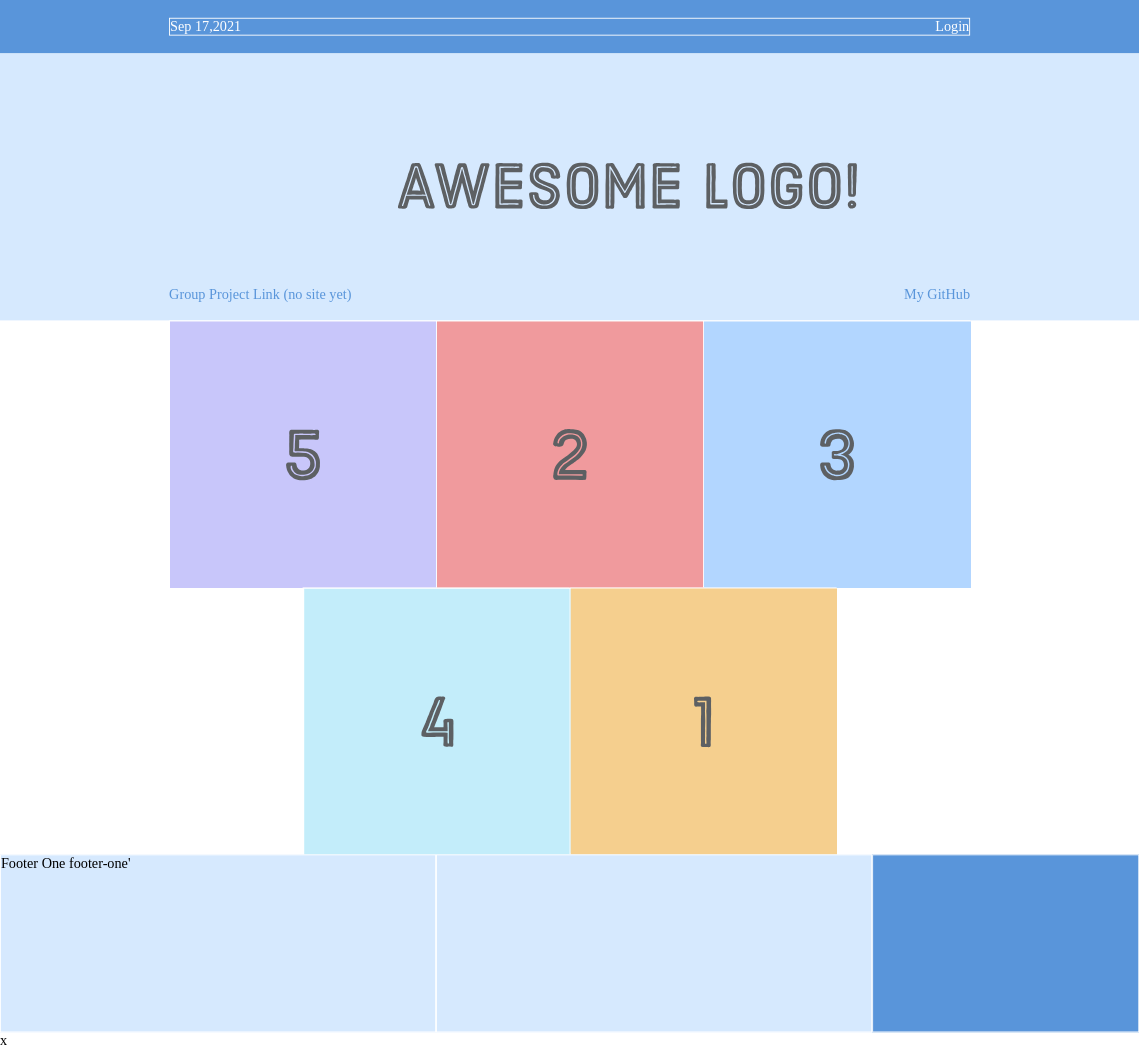
Repository: arkomz/INST377-Lab-Work
Page: client/lab_3/index.html
An editor plug-in stored every save of this project. The page is shown before and after the next save, followed by the edit.
The browser window is 1280 px wide. The pictures show the whole page, at 89% of full size.

Above is the page before, as saved 2021-09-17 13:38:36.

After the next save:
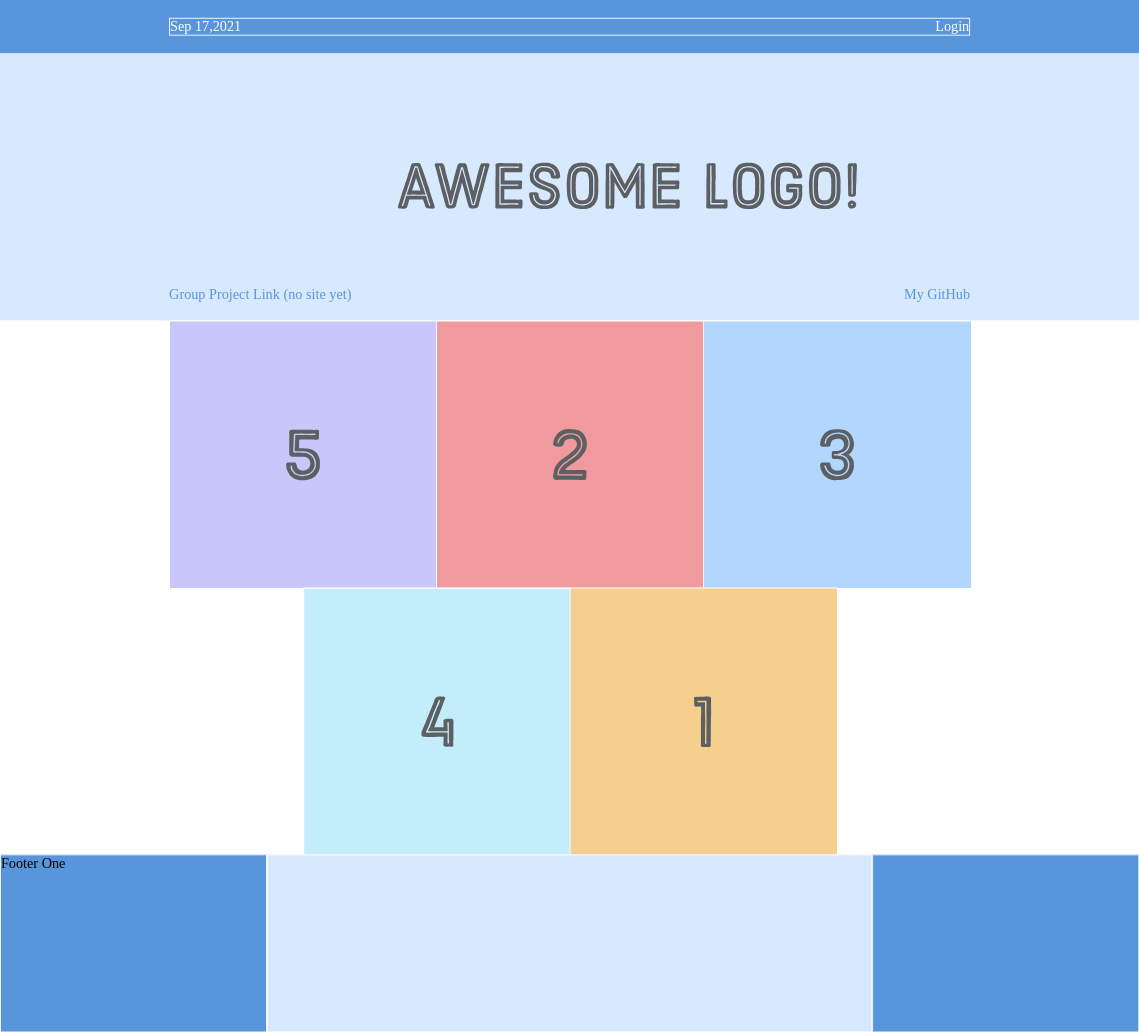
Saved 48 s later.
--- a/client/lab_3/index.html
+++ b/client/lab_3/index.html
@@ -45,8 +45,8 @@
             </div>
 
             <div class='footer'>
-            <div class='footer-item' > Footer One footer-one'</div>
+            <div class='footer-item Footer One footer-one'> Footer One</div>
             <div class='footer-item footer-two'></div>
             <div class='footer-item footer-three'></div>
           </div>
-  </body>x
+  </body>
